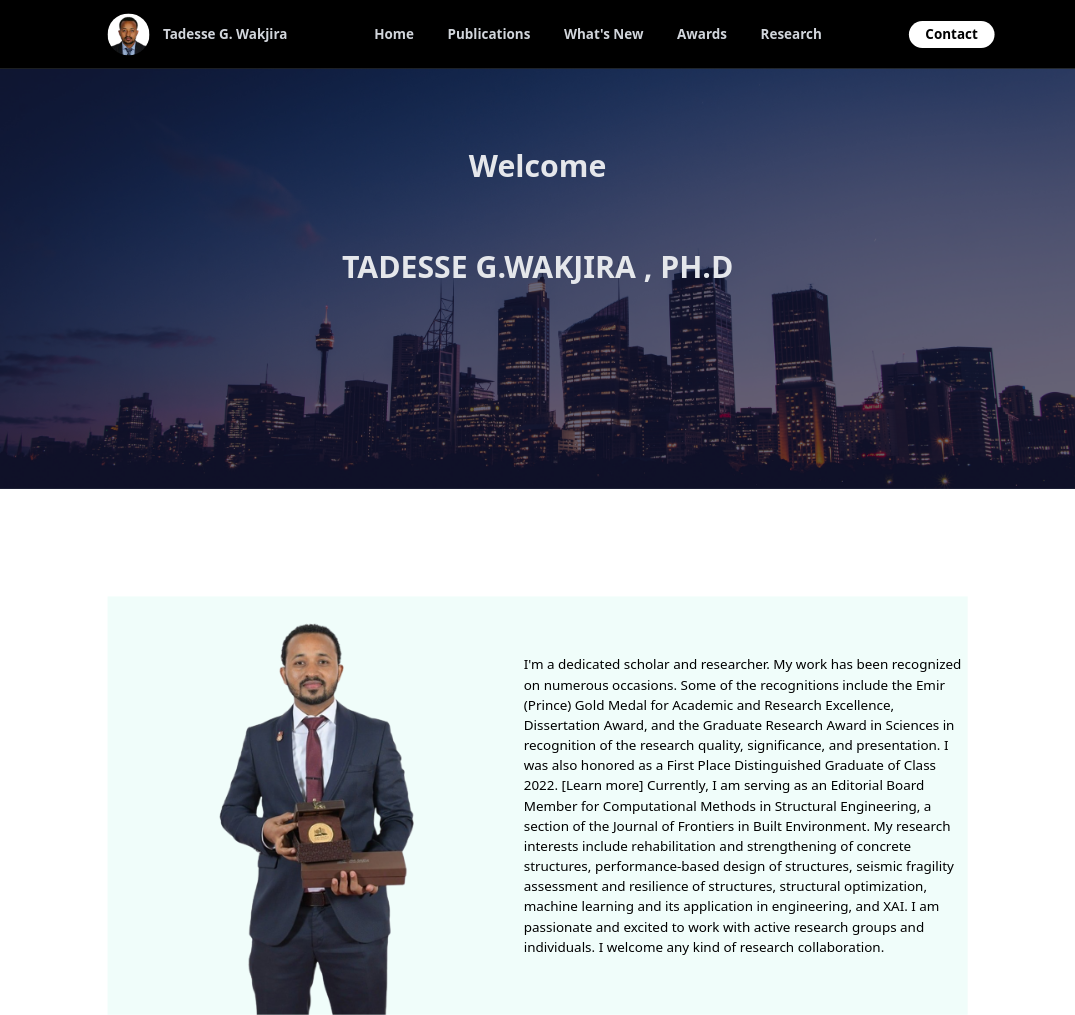
Repository: Elias-Kibret/Tade-portfoilo
Page: /
These files come from the project's save history. The page is drawn as it stood at one moment and after the next save; the edit follows.
The browser window is 1280 px wide. The pictures show the whole page, at 84% of full size.
The project was rebuilt for these pictures with package versions that can differ from the ones it lists, and the page was loaded fresh each time. The framework's server and built-in components were replaced by stand-ins that run in the browser. Also part of the build but not shown: next.config.js.

Above is the page before, as saved 2022-06-28 01:56:44.

### pages/index.tsx
import type { NextPage } from 'next'
import Head from 'next/head'
import Image from 'next/image'
import About from '../components/About'
import Header from '../components/Header'
import Hero from '../components/Hero'
const Home: NextPage = () => {
  return (
    <div>
      <Head>
        <title>Create Next App</title>
        <link rel="icon" href="/favicon.ico" />
      </Head>
      <Header/>
      <Hero/>
      <About/>
    </div>
  )
}

export default Home

### styles/globals.css
@tailwind base;
@tailwind components;
@tailwind utilities;

.hero{
    width:100%;
    height:500px;
    background-image: url('../public/Img/BG.jpg');
    background-size: cover;
    background-position: center;
    background-position: center;
    background-repeat: no-repeat;

}
.hero-cover{
    width:100%;
    height:500px;
    background: rgba(2,0,36,0.6);
background: linear-gradient(90deg, rgba(21, 20, 44, 0.7) 0%, rgba(18, 18, 41, 0.7).7) 35%, rgba(241, 246, 247, 0.8) 100%);
}

### components/About.tsx
import Image from 'next/image'
import profileImage from '../public/Img/heroImage.png'
const About = () => {
  return (
    <section className='bg-teal-50 flex justify-between items-center w-4/5 mt-32 mx-auto '>
        <div className='w-3/4'>
        <Image  src={profileImage} width={500} height={500} alt="Tadessa G.wakjira"/>
        </div>
        <div className='w-4/5'>
           <p>
           I'm a dedicated scholar and researcher. My work has been recognized on numerous occasions. Some of the recognitions include the Emir (Prince) Gold Medal for Academic and Research Excellence, Dissertation Award, and the Graduate Research Award in Sciences in recognition of the research quality, significance, and presentation. I was also honored as a First Place Distinguished Graduate of Class 2022. [Learn more]

Currently, I am serving as an Editorial Board Member for Computational Methods in Structural Engineering, a section of the Journal of Frontiers in Built Environment.

My research interests include rehabilitation and strengthening of concrete structures, performance-based design of structures, seismic fragility assessment and resilience of structures, structural optimization, machine learning and its application in engineering, and XAI.

I am passionate and excited to work with active research groups and individuals. I welcome any kind of research collaboration.
           </p>
        </div>
    </section>
  )
}

export default About

### components/Header.tsx
import Head from "next/head"
import Link from "next/link"
import Image from "next/image"
import Logo from '../public/Img/Tadesse.png'
const Header = () => {
  return (
<header className=" bg-black font-semibold  pl-32 py-4 text-gray-300  ">
   <div className="flex justify-between items-center">
      <div className="flex items-center space-x-4">
    <Image src={Logo}   className="rounded-full" width={50} height={50}/>
    <span>Tadesse G. Wakjira</span>
      </div>
      <div className="flex justify-between">
        <nav className="flex list-none space-x-10  hidden md:inline-flex text-black-200">
            <li >
                <Link href="">
                    <a> Home</a>
                </Link>
            </li>
            <li>
                <Link href="">
                    <a> Publications <span></span></a>
                </Link>
            </li>
            <li>
                <Link href="">
                    <a> What's New</a>
                </Link>
            </li>
            <li>
                <Link href="">
                    <a> Awards</a>
                </Link>
            </li>
            <li>
                <Link href="">
                    <a> Research</a>
                </Link>
            </li>

        </nav>

      </div>
      <div className="mr-24 bg-white text-black px-5 py-1  rounded-full">
        <Link href=""  >
                    <a> Contact</a>
                </Link>
        </div>
    </div>
</header>
  )
}

export default Header

### components/Hero.tsx
import heroImage from '../public/Img/Hr.png'
import Image from 'next/image'
const Hero = () => {
  return (
<main  >
<div className='hero h-auto'>

<div className='text-gray-200 hero-cover font-bold   py-24 w-1/2 text-center text-4xl'>
  <div>
  <h1>Welcome</h1>
  <h2 className='py-20'>TADESSE G.WAKJIRA , PH.D</h2>
  </div>

</div>
</div>
</main>
  )
}

export default Hero

Loaded but not shown: pages/_app.tsx (common file); tailwind.config.js (common file)

After the next save:
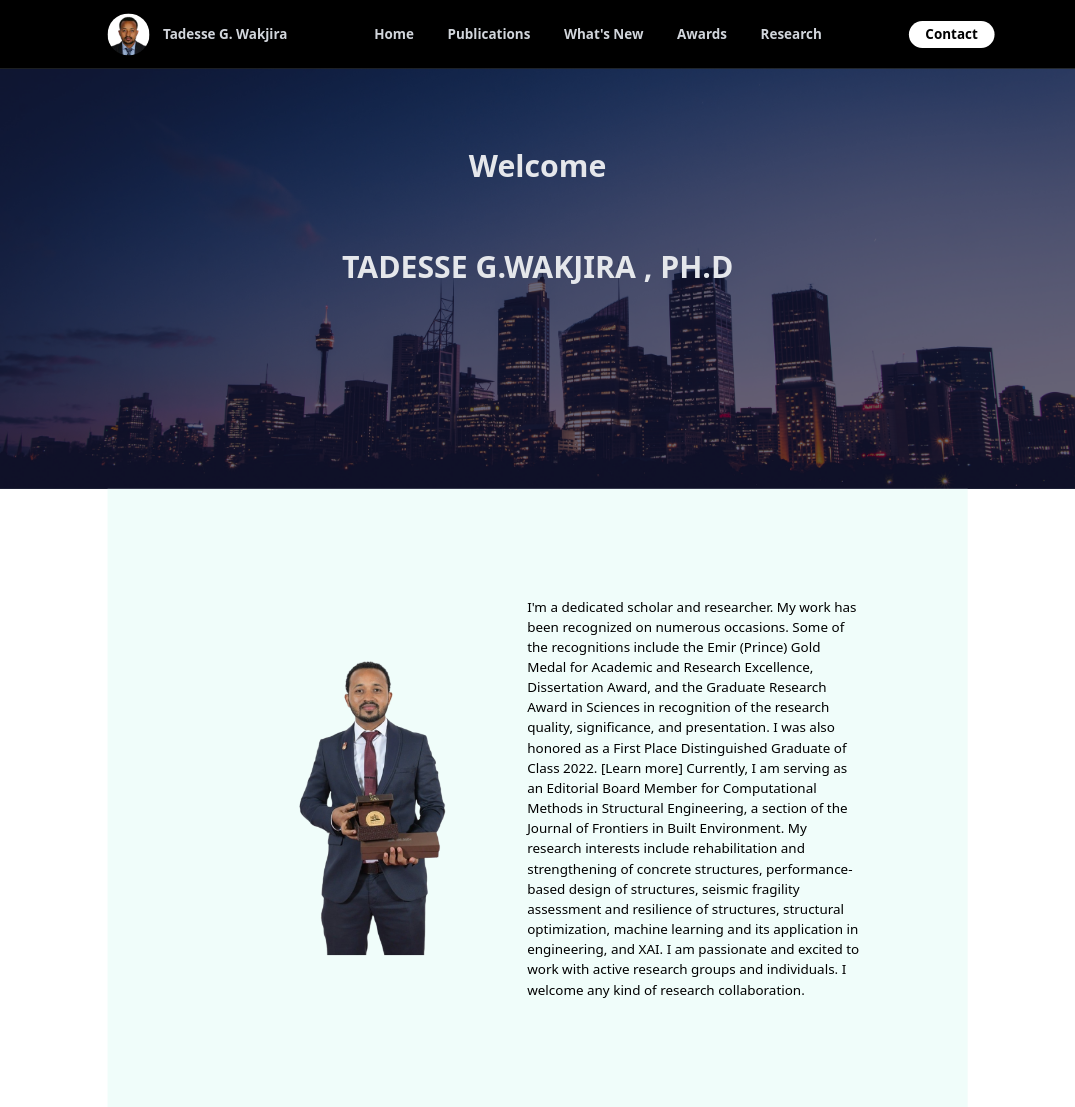
Saved 13 s later.
--- a/components/About.tsx
+++ b/components/About.tsx
@@ -2,7 +2,7 @@ import Image from 'next/image'
 import profileImage from '../public/Img/heroImage.png'
 const About = () => {
   return (
-    <section className='bg-teal-50 flex justify-between items-center w-4/5 mt-32 mx-auto '>
+    <section className='bg-teal-50 flex justify-between items-center w-4/5 p-32 mx-auto '>
         <div className='w-3/4'>
         <Image  src={profileImage} width={500} height={500} alt="Tadessa G.wakjira"/>
         </div>
